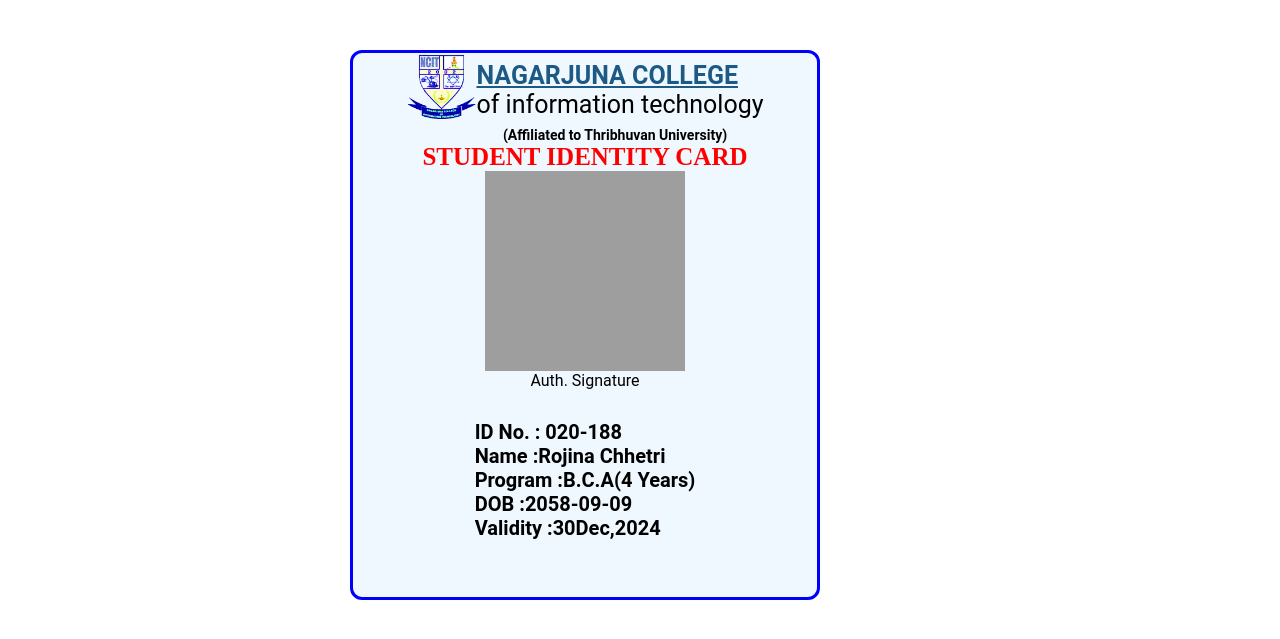
Repository: Rojinachhetri/roji
Page: rojina.html
The author's editor kept a copy of each file at every save. The page is drawn from the files as they stood at one save, then again after the next save.
The browser window is 1280 px wide. The pictures show the whole page.
Pictures or frames that could not be fetched are drawn as grey boxes.

Above is the page before, as saved 2023-04-24 22:48:08.

After the next save:
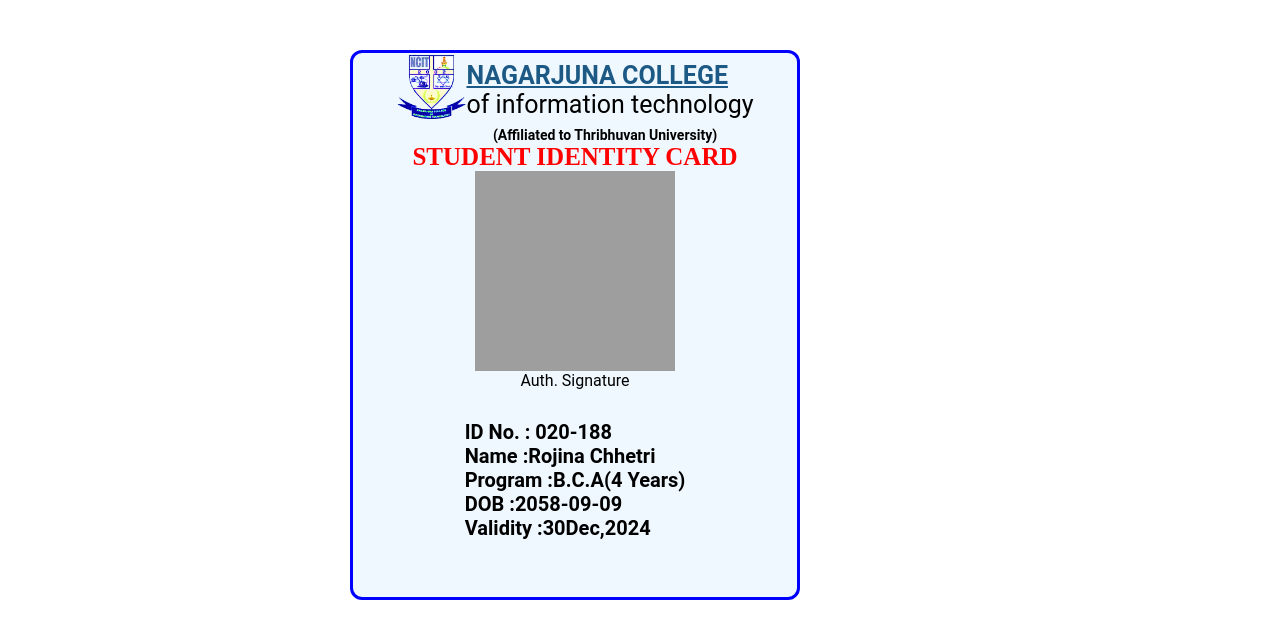
Saved 11 s later.
--- a/rojina.css
+++ b/rojina.css
@@ -6,7 +6,7 @@
     }
 
     .container {
-        width: 470px;
+        width: 450px;
         height: 550px;
         background-color: aliceblue;
         border: 3px solid blue;
